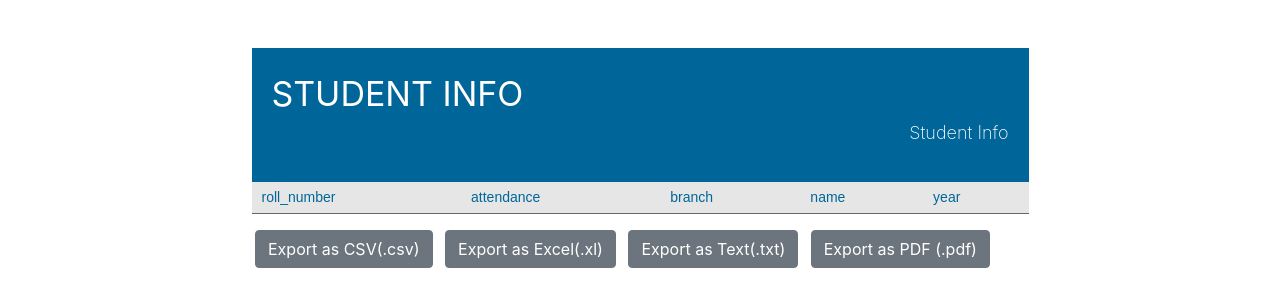
Repository: supranshu/CrystalReportGenerator
Page: http://localhost/produce_report
An editor plug-in stored every save of this project. The page is shown before and after the next save, followed by the edit.
The browser window is 1280 px wide. The pictures show the whole page.
The page is this project's Thymeleaf template; nobody is signed in. The template is opened directly, without the code that normally fills it, so the values that code supplies are empty.

Above is the page before, as saved 2023-08-07 13:15:12.

After the next save:
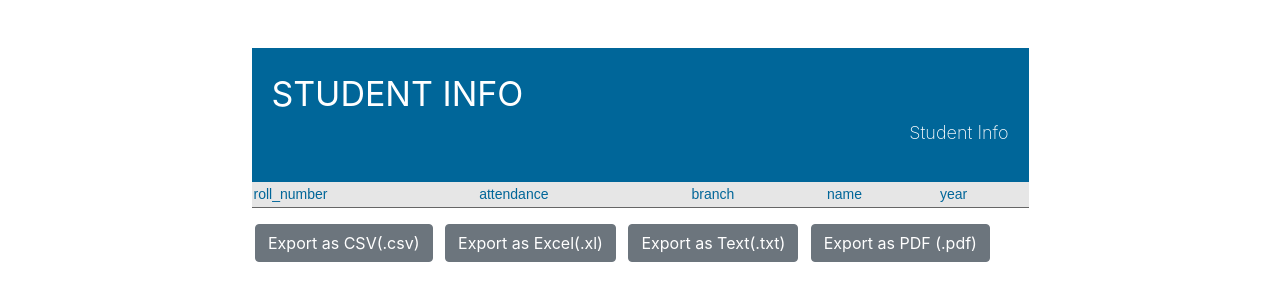
Saved 12 s later.
--- a/com.report/src/main/resources/templates/produce_report.html
+++ b/com.report/src/main/resources/templates/produce_report.html
@@ -27,7 +27,7 @@
             font-weight: 100;
             background-color: #E6E6E6;
             color: #006699;
-            padding: 5px 10px;
+            padding: 2px 2px;
 
         }
 
